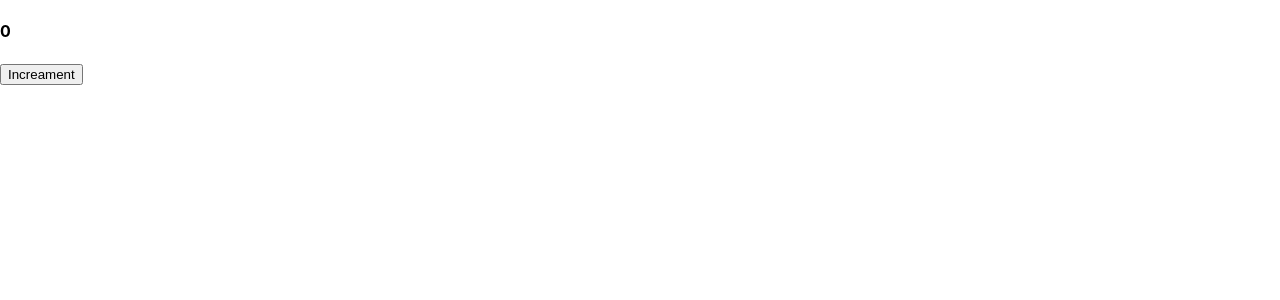
Repository: nir-github01/Reactjs
Page: / (app in counterapp/)
These files come from the project's save history. The page is drawn as it stood at one moment and after a run of saves; the edit follows.
The browser window is 1280 px wide. The pictures show the whole page.
The project was rebuilt for these pictures with package versions that can differ from the ones it lists, and the page was loaded fresh each time.

Above is the page before, as saved 2023-03-01 14:13:37.

### counterapp/src/App.js
// import logo from './logo.svg';
// import './App.css';

import { useState } from "react";




function App() {

  // const [count, setCount] = useState(0)  // normal condition

  //More accureate condition
  const [count, setCount] = useState(()=>{
    console.log('useState Excuted');
    return 0;
  })

  function increament(){
    setCount(count + 1);
  }
  return (
    <div className="App">
        <h4>{count}</h4>
        <button onClick={increament}>Increament</button>
    </div>
  );
}

export default App;

Loaded but not shown: counterapp/public/index.html (common file); counterapp/src/index.js (common file); counterapp/src/index.css (common file); counterapp/src/reportWebVitals.js (common file)

After the next 2 saves:
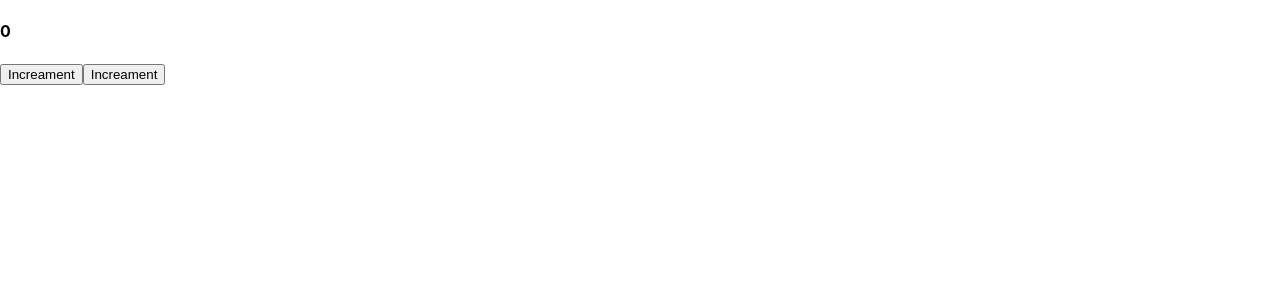
The 2 saves are shown as one change because 1 did not build or start.
The last was saved 2 min 42 s later.
--- a/counterapp/src/App.js
+++ b/counterapp/src/App.js
@@ -17,12 +17,25 @@ function App() {
   })
 
   function increament(){
-    setCount(count + 1);
+    // setCount(count + 1); // Normal Condition
+    // setCount(count + 1);
+
+    setCount((count)=>{count + 1}); //For Syncronous functionality
+    setCount((count)=>{count + 1});
+  }
+
+  function decreament(){
+    // setCount(count + 1); // Normal Condition
+    // setCount(count + 1);
+
+    setCount((count)=>{count + 1}); //For Syncronous functionality
+    setCount((count)=>{count + 1});
   }
   return (
     <div className="App">
         <h4>{count}</h4>
         <button onClick={increament}>Increament</button>
+        <button onClick={decreament}>Increament</button>
     </div>
   );
 }
